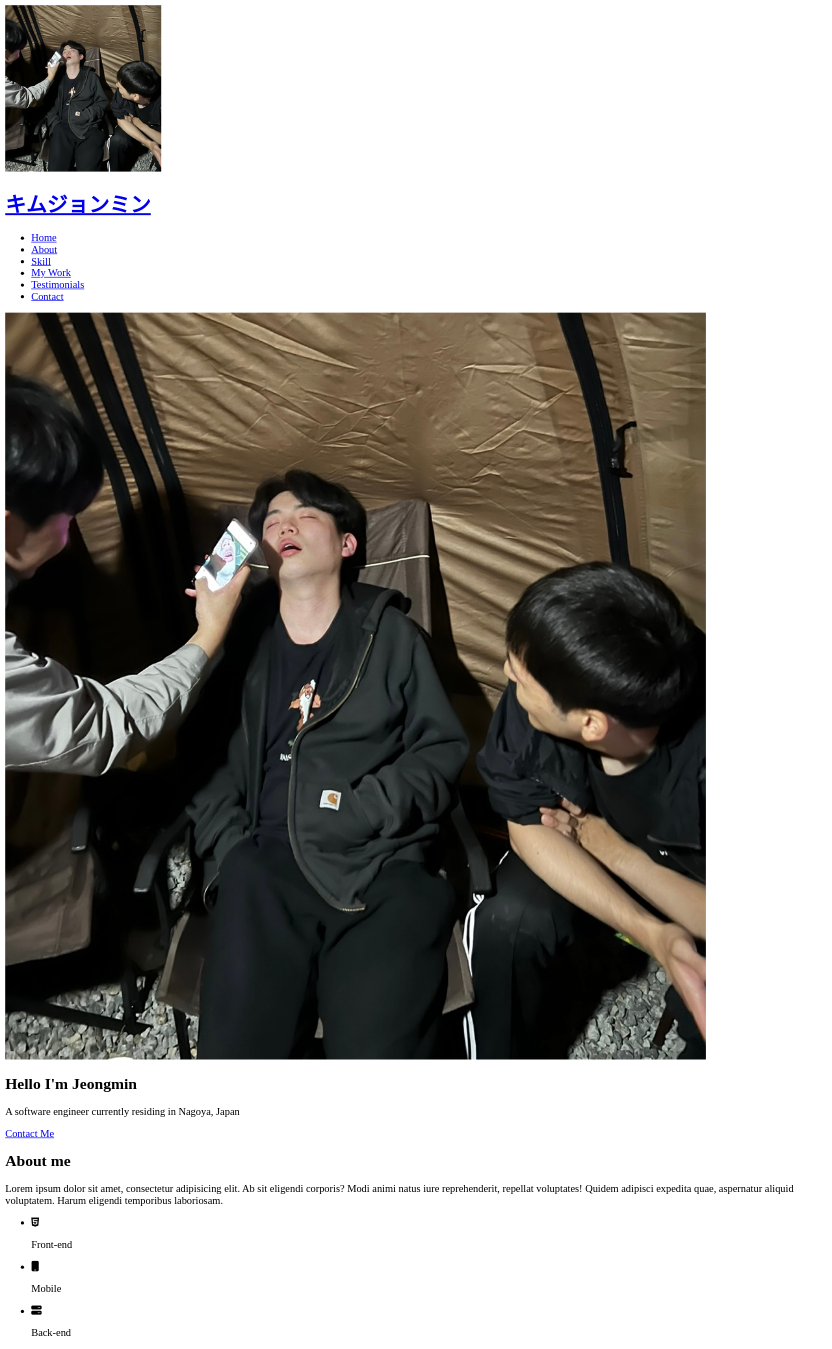
Repository: N1C0N1C0/Portfolio
Page: index.html
These files come from the project's save history. The page is drawn as it stood at one moment and after the next save; the edit follows.
The browser window is 1280 px wide. The pictures show the whole page, at 65% of full size.
Some web libraries are served in a nearby version.

Above is the page before, as saved 2023-12-11 21:53:27.

After the next save:
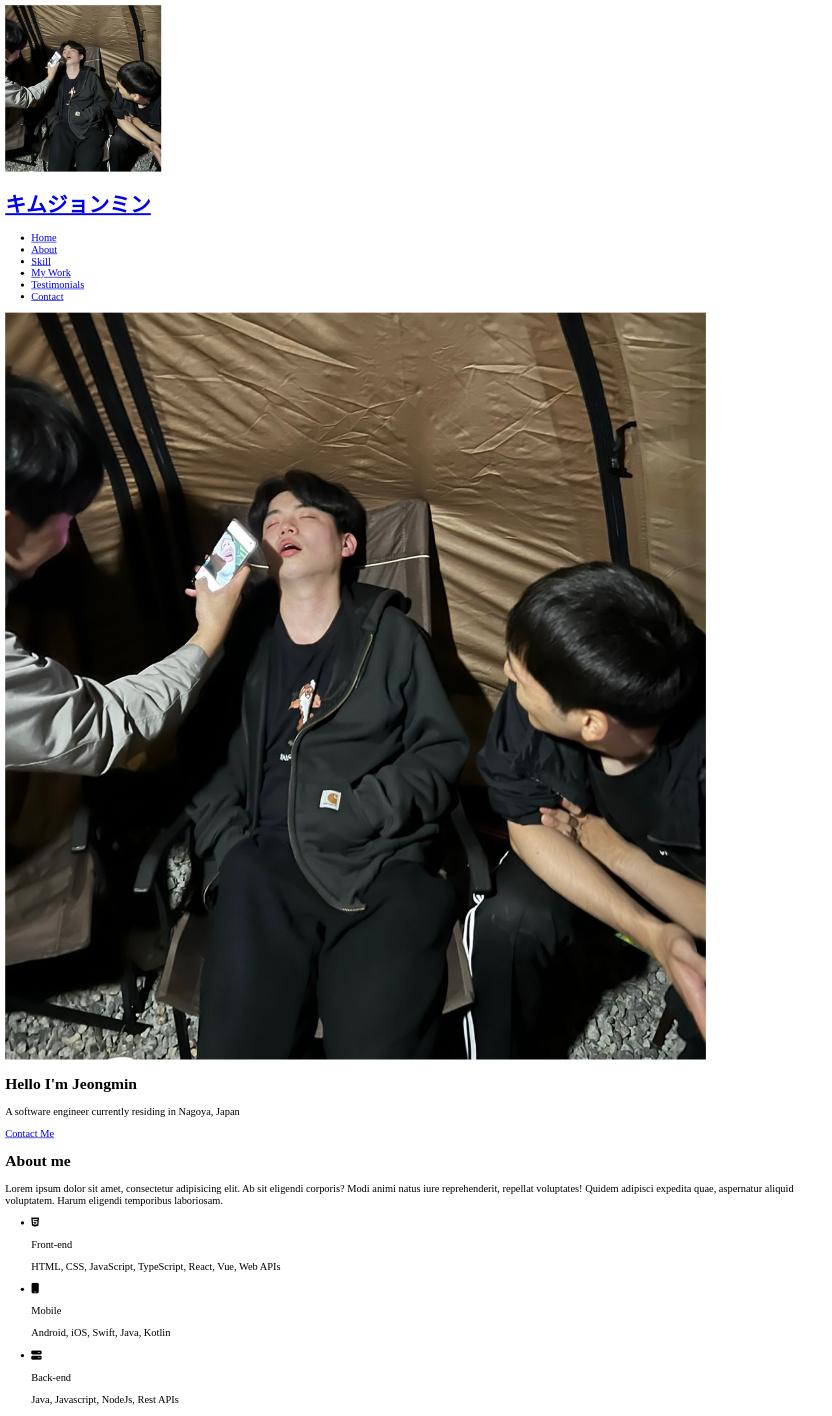
Saved 106 s later.
--- a/index.html
+++ b/index.html
@@ -66,15 +66,17 @@
                 <li>
                     <i class="fa-brands fa-html5"></i>
                     <p>Front-end</p>
-                    <p></p>
+                    <p>HTML, CSS, JavaScript, TypeScript, React, Vue, Web APIs</p>
                 </li>
                 <li>
                     <i class="fa-solid fa-mobile"></i>
                     <p>Mobile</p>
+                    <p>Android, iOS, Swift, Java, Kotlin</p>
                 </li>
                 <li>
                     <i class="fa-solid fa-server"></i>
                     <p>Back-end</p>
+                    <p>Java, Javascript, NodeJs, Rest APIs</p>
                 </li>
             </ul>
         </section>
